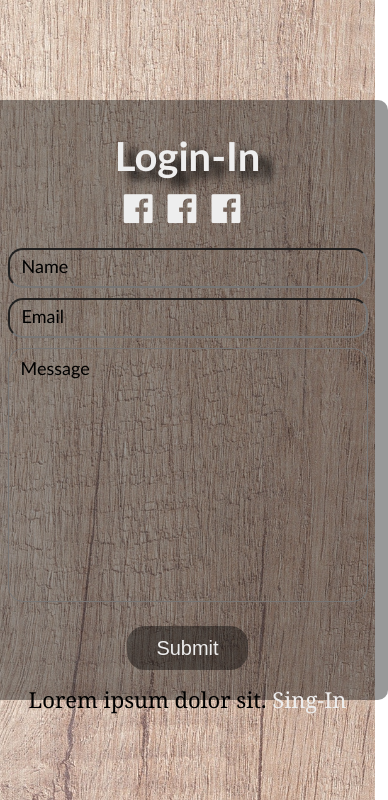
Repository: imedakrouti/BookStore
Page: ex.html
The author's editor kept a copy of each file at every save. The page is drawn from the files as they stood at one save, then again after the next save.
The browser window is 375 px wide. The page is 388 px wide, so the pictures cover 388 px, including what lies to the right of the window. The pictures show the whole page.
Some web libraries are served in a nearby version.

Above is the page before, as saved 2020-05-08 16:05:19.

### ex.html
<!DOCTYPE html>
<html lang="en">
<head>
    <meta charset="UTF-8">
    <meta name="viewport" content="width=device-width, initial-scale=1.0">
    <link rel="stylesheet" href="https://use.fontawesome.com/releases/v5.0.10/css/all.css" integrity="sha384-+d0P83n9kaQMCwj8F4RJB66tzIwOKmrdb46+porD/OvrJ+37WqIM7UoBtwHO6Nlg" crossorigin="anonymous">

    <title>Document</title>
</head>
<style>
    *{
        margin: 0;
        padding: 0;
        box-sizing: border-box;
    }
    .contact{
        height: 100vh;
        background:url('images/img/wood-bg.jpeg')no-repeat center center/cover;
        display: flex;
        flex-direction: column;
        align-items: center;
        justify-content: center;
    }
    .form-contact{
        width: 400px;
        height: 600px;
        padding: 20px;
        background:rgba(0,0,0,.4);
        text-align: center;
        border-radius:10px;
    }
    .form-contact h2{
        font-size: 40px;
        font-family: 'Gill Sans', 'Gill Sans MT', Calibri, 'Trebuchet MS', sans-serif;
        color:#eee;
        margin:12px 0;
        text-transform: capitalize;
        text-shadow: 12px 8px 9px #000;
    }
    .social-media{

    }
    .social-media i{
        font-size: 33px;
        color:#eee;
        margin-right: 11px;
        margin-bottom: 13px;
    }
    .form-contact input[type='text'],
    .form-contact input[type='email'],
    .form-contact textarea{
        display: block;
        padding: 0.375rem 0.75rem;
        font-size: 1rem;
        line-height: 1.5;
        margin: 10px auto;
        width: 100%;
        resize: none;
        background:transparent;
        border-radius:15px;
        outline: none;

    }
    .form-contact input::placeholder,
    .form-contact textarea::placeholder{
        color:#000;
        font-family: 'Gill Sans', 'Gill Sans MT', Calibri, 'Trebuchet MS', sans-serif;
        font-size: 18px;
    }
    .form-contact .btn{
        display: inline-block;
        font-weight: 400;
        text-align: center;
        white-space: nowrap;
        vertical-align: middle;
        -webkit-user-select: none;
        -moz-user-select: none;
        -ms-user-select: none;
        user-select: none;
        border: 1px solid transparent;
        padding: 0.375rem 1.75rem;
        font-size: 1.25rem;
        color:#eee;
        line-height: 1.5;
        background:rgba(0,0,0,.4);
        cursor:pointer;
        border-radius:18px;
        transition: all .7s;
        margin:14px;
    }
    .btn:hover{
        color:rgba(0,0,0,.8);
        background:#eee;
    }
    .form-contact p{
        font-family: Georgia, 'Times New Roman', Times, serif;
        font-size: 22px;

    }
    .form-contact .sign{
        text-decoration: none;
        color:#eee;

    }
    /* header{
    height: 100vh;
    background:linear-gradient(rgba(234,236,244,0.6),rgba(123,120,111,0.7)),url('images/img/header-bg.jpeg')no-repeat fixed center /cover;
    clip-path: polygon(0 0, 100% 0, 100% 90%, 0 100%);
    display: flex;
    align-items: center;
    justify-content: center;
  }
    .nav{
        align-self: flex-start;
        position: absolute;
        padding: 30px;
        width: 100%;
        display: flex;
        justify-content: space-between;
    }
    ul{
      display: flex;
     align-items: center;

    }
    .text-center{
        text-align: center;
    }
    .text-center a{
        display: block;
        margin-bottom: 8px;
        padding: 4px 20px;
        background: transparent;
        text-decoration: none;
        border:1px solid yellow;
        color:yellow
    }
    .text-center a:hover{
        background:yellow;
        color:#eee
    }
    ul li{
        list-style: none;
        margin: 0 30px;
    }
    ul li a{
        text-decoration: none;
       padding: 0.75rem;
       margin: 0.025rem;
        color:#eee;
        background:#444;
        font-size: 20px;
        font-family: Cambria, Cochin, Georgia, Times, 'Times New Roman', serif;
        text-transform: uppercase;
        border-radius: 12px;
    }
    @media screen and (max-width: 500px){
        .nav a img{
            width: 80px;
            height: 80px;
        }
        .nav ul{
            display: block;
        }
    } */

</style>
<body>
    <!-- <header>
        <div class="nav">
                <a href=""><img src="images/img/book.png" alt="" width="200px"height="30px"></a>

            <ul>
                <li><a href="">home</a></li>
                <li><a href="">home</a></li>
                <li><a href="">home</a></li>
                <li><a href="">home</a></li>

            </ul>
        </div>
        <div class="logo text-center">
            <p>Lorem ipsum dolor sit amet consectetur adipisicing elit. Placeat, adipisci repudiandae.</p>
            <a href="">aaaa</a>
            <a href="">aaaa</a>
        </div>
    </header> -->
    <section class="contact">
        <form action=""class="form-contact">
            <h2>Login-in</h2>
            <div class="social-media">
                <i class="fab fa-facebook fa-3x fa-circle"> </i>
                <i class="fab fa-facebook fa-3x"> </i>
                <i class="fab fa-facebook fa-3x"> </i>
            </div>

              <input type="text" class="form-control" name="" id="" aria-describedby="helpId" placeholder="Name">
              <input type="email" class="form-control" name="" id="" aria-describedby="helpId" placeholder="Email">
             <textarea name="" id="" cols="30" rows="10"placeholder="Message"></textarea>
             <button type="submit" class="btn btn-primary">Submit</button>
             <P>Lorem ipsum dolor sit. <a href=""class="sign">Sing-In</a></P>
        </form>
    </section>

</body>
</html>

After the next save:
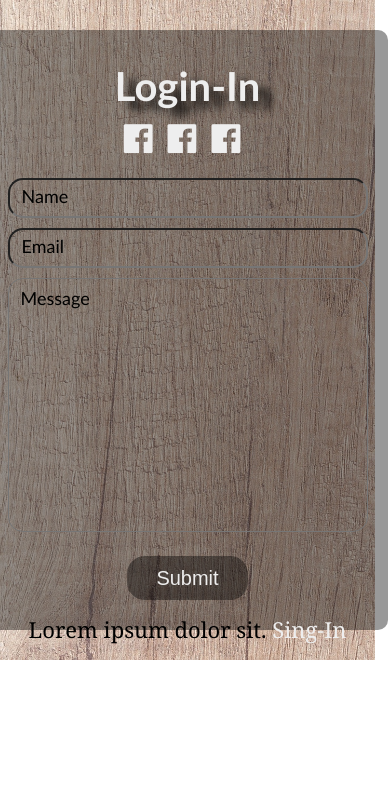
Saved 69 s later.
--- a/ex.html
+++ b/ex.html
@@ -100,7 +100,12 @@
     .form-contact .sign{
         text-decoration: none;
         color:#eee;
-
+    }
+    @media screen and (max-width: 500px){
+        .contact{
+            height: 100%;
+            padding:30px
+        }
     }
     /* header{
     height: 100vh;
